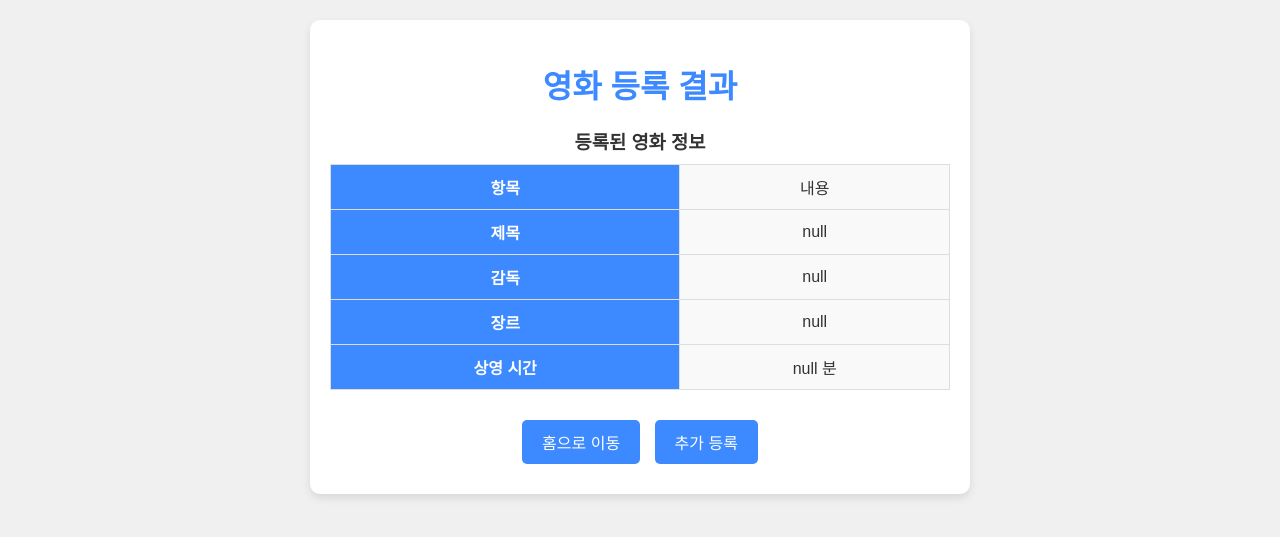
Repository: s00ngle/SSAFY-BE
Page: http://localhost/back_db_ws_01_2/regist_result.jsp
An editor plug-in stored every save of this project. The page is shown before and after the next save, followed by the edit.
The browser window is 1280 px wide. The pictures show the whole page.
The page is served by Tomcat 10. Other server files are loaded and not shown. The template is opened directly, without the code that normally fills it, so the values that code supplies are empty.

Above is the page before, as saved 2024-09-24 04:26:24.

### back_db_ws_01_2/src/main/webapp/regist_result.jsp
<%@ page language="java" contentType="text/html; charset=UTF-8"
    pageEncoding="UTF-8"%>
<!DOCTYPE html>
<html>
<head>
    <title>영화 등록 결과</title>
    <style>
        body {
            font-family: 'Arial', sans-serif;
            background-color: #f0f0f0;
            margin: 0;
            padding: 20px;
            color: #333;
        }

        h1 {
            text-align: center;
            color: #3d89ff;
            margin-bottom: 20px;
        }

        h3 {
            text-align: center;
            color: #333;
            margin-bottom: 10px;
        }

        .container {
            width: 50%;
            margin: 0 auto;
            background-color: #fff;
            padding: 20px;
            box-shadow: 0 4px 8px rgba(0, 0, 0, 0.1);
            border-radius: 10px;
        }

        table {
            width: 100%;
            border-collapse: collapse;
            margin-bottom: 20px;
        }

        th, td {
            padding: 10px;
            text-align: center;
            border: 1px solid #ddd;
        }

        th {
            background-color: #3d89ff;
            color: white;
        }

        td {
            background-color: #f9f9f9;
        }

        a {
            display: inline-block;
            margin: 10px 5px;
            padding: 10px 20px;
            text-decoration: none;
            background-color: #3d89ff;
            color: white;
            border-radius: 5px;
            transition: background-color 0.3s;
        }

        a:hover {
            background-color: #3d89ff;
        }

        .button-container {
            text-align: center;
        }
    </style>
</head>
<body>
    <div class="container">
        <h1>영화 등록 결과</h1>
        <h3>등록된 영화 정보</h3>
        <table>
            <tr>
                <th>항목</th>
                <td>내용</td>
            </tr>
            <tr>
                <th>제목</th>
                <td><%= request.getAttribute("title") %></td>
            </tr>
            <tr>
                <th>감독</th>
                <td><%= request.getAttribute("director") %></td>
            </tr>
            <tr>
                <th>장르</th>
                <td><%= request.getAttribute("genre") %></td>
            </tr>
            <tr>
                <th>상영 시간</th>
                <td><%= request.getAttribute("runningTime") %> 분</td>
            </tr>
        </table>
        <div class="button-container">
            <a href="/">홈으로 이동</a>
            <a href="/regist.html">추가 등록</a>
        </div>
    </div>
</body>
</html>

After the next save:
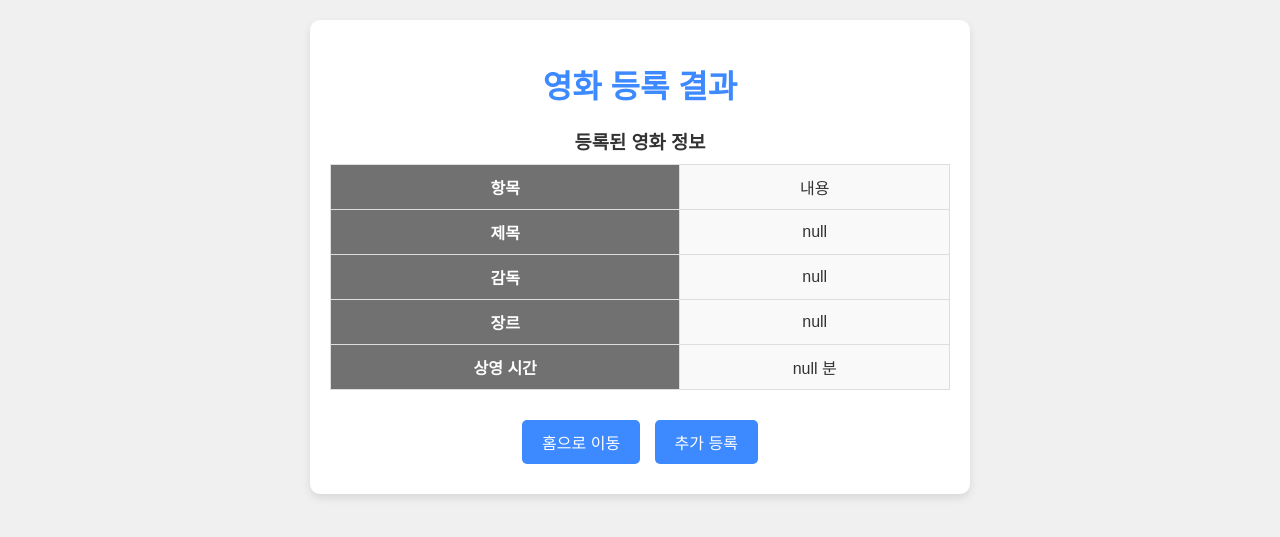
Saved 27 s later.
--- a/back_db_ws_01_2/src/main/webapp/regist_result.jsp
+++ b/back_db_ws_01_2/src/main/webapp/regist_result.jsp
@@ -47,7 +47,7 @@
         }
 
         th {
-            background-color: #3d89ff;
+            background-color: #717171;
             color: white;
         }
 
